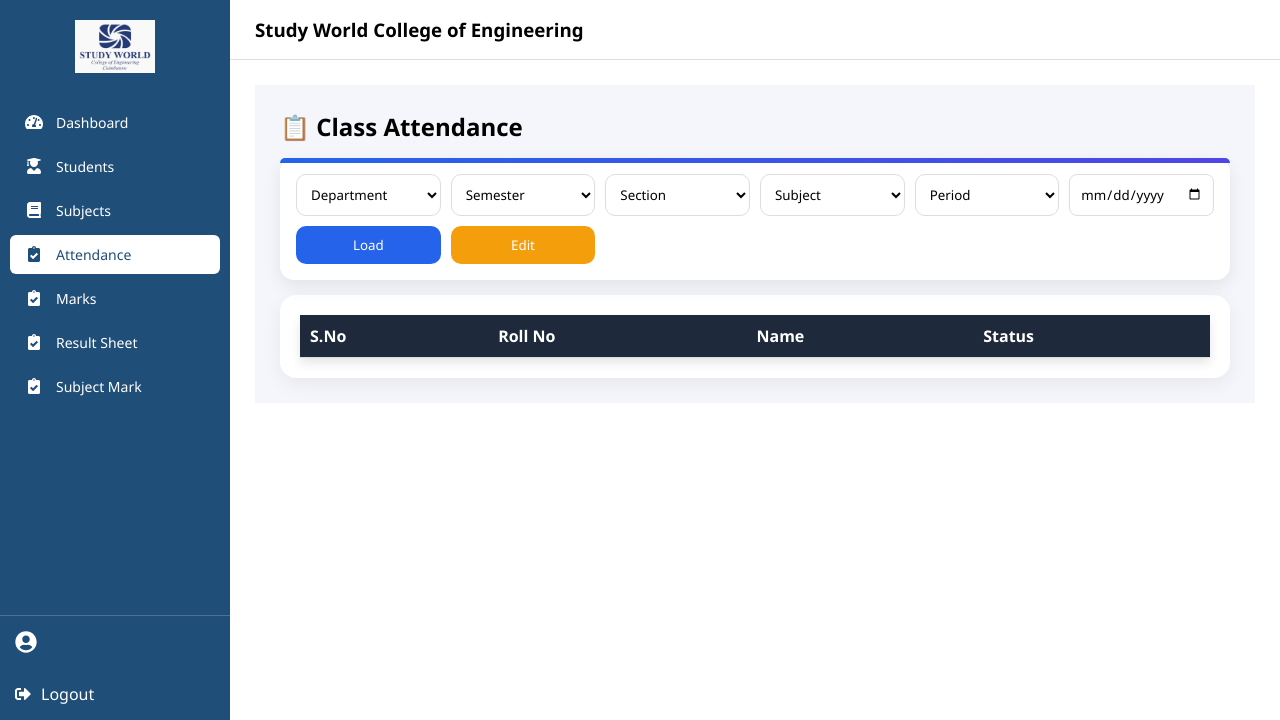
Repository: arthanarieswara/frontend
Page: /attendance
An editor plug-in stored every save of this project. The page is shown before and after the next save, followed by the edit.
The browser window is 1280 px wide. The pictures show the whole page.
The page's requests for data from a server got no answer. The project was rebuilt for these pictures with package versions that can differ from the ones it lists, and the page was loaded fresh each time. No one was signed in, and anything a server would have sent is missing. Also part of the build but not shown: vite.config.js, src/pages/auth/Login.jsx, src/pages/dashboard/Dashboard.jsx, src/pages/departments/Departments.jsx, src/pages/students/Students.css, src/pages/students/Students.jsx, src/pages/faculty/Faculty.css, src/pages/faculty/Faculty.jsx and 10 more.

Above is the page before, as saved 2026-04-17 14:30:25.

After the next save:
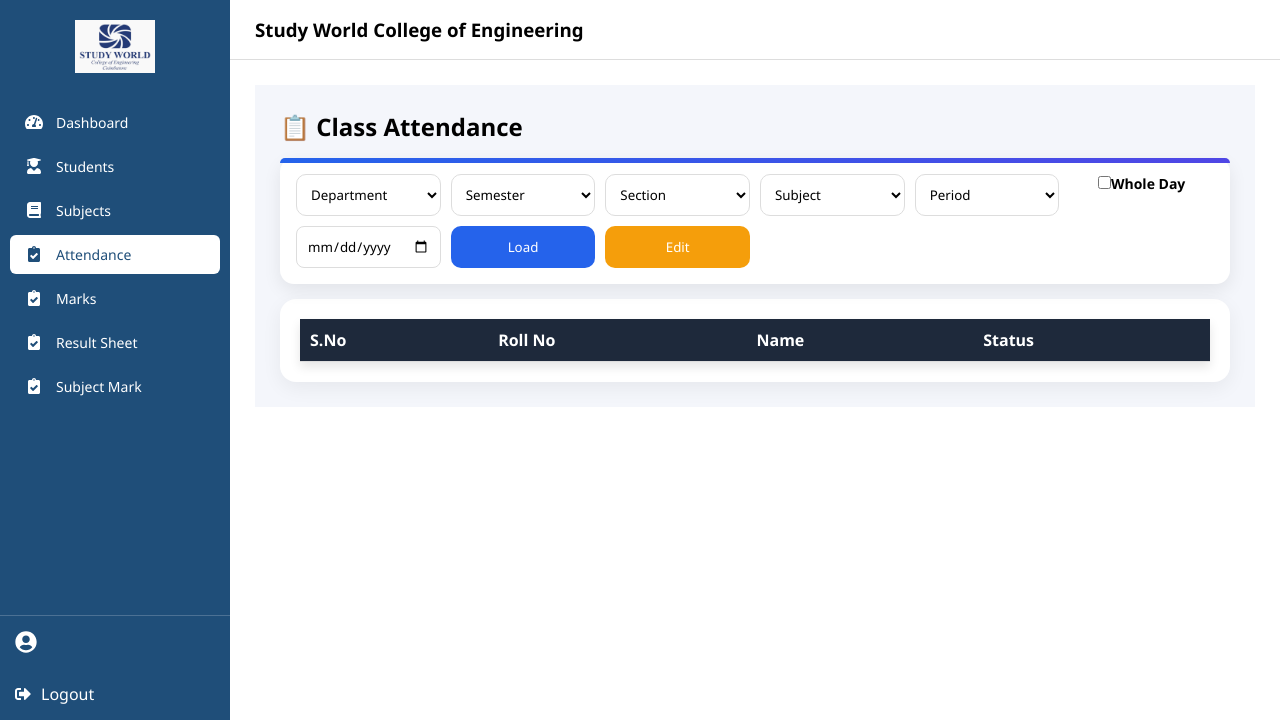
Saved 11 min 34 s later.
--- a/src/pages/Attendance/Attendance.jsx
+++ b/src/pages/Attendance/Attendance.jsx
@@ -14,6 +14,7 @@ function Attendance() {
   const [subject, setSubject] = useState("");
   const [date, setDate] = useState("");
   const [period, setPeriod] = useState("");
+  const [wholeDay, setWholeDay] = useState(false); // ✅ NEW
 
   const [attendance, setAttendance] = useState({});
   const [loading, setLoading] = useState(false);
@@ -77,13 +78,13 @@ function Attendance() {
 
   /* ================= EDIT LOAD ================= */
   const loadExistingAttendance = async () => {
-    if (!subject || !date || !period || !section) {
+    if (!subject || !date || !section) {
       return alert("Select all filters");
     }
 
     try {
       const res = await api.get(
-        `/attendance/edit?subject_id=${subject}&date=${date}&period=${period}&section=${section}`
+        `/attendance/edit?subject_id=${subject}&date=${date}&period=${wholeDay ? 1 : period}&section=${section}`
       );
 
       const existing = {};
@@ -106,7 +107,7 @@ function Attendance() {
     }));
   };
 
-  /* ================= BULK ACTIONS ================= */
+  /* ================= BULK ================= */
   const markAll = (status) => {
     const updated = {};
     students.forEach((s) => {
@@ -117,8 +118,12 @@ function Attendance() {
 
   /* ================= SAVE ================= */
   const saveAttendance = async () => {
-    if (!subject || !date || !period || !section) {
-      return alert("Fill all fields");
+    if (!subject || !date || !section) {
+      return alert("Fill all required fields");
+    }
+
+    if (!wholeDay && !period) {
+      return alert("Select period OR choose whole day");
     }
 
     const formatted = Object.keys(attendance).map((id) => ({
@@ -130,7 +135,8 @@ function Attendance() {
       await api.post("/attendance", {
         subject_id: subject,
         date,
-        period,
+        period: wholeDay ? null : period,
+        whole_day: wholeDay, // ✅ NEW
         section,
         attendance: formatted,
       });
@@ -150,7 +156,6 @@ function Attendance() {
 
         <h2 className="title">📋 Class Attendance</h2>
 
-        {/* FILTER CARD */}
         <div className="card filters">
 
           <select value={department} onChange={(e) => setDepartment(e.target.value)}>
@@ -180,12 +185,27 @@ function Attendance() {
             ))}
           </select>
 
-          <select value={period} onChange={(e) => setPeriod(e.target.value)}>
+          {/* 🔥 PERIOD */}
+          <select
+            value={period}
+            onChange={(e) => setPeriod(e.target.value)}
+            disabled={wholeDay}
+          >
             <option value="">Period</option>
             {[1,2,3,4,5,6,7,8].map(p => (
               <option key={p} value={p}>P{p}</option>
             ))}
           </select>
+
+          {/* 🔥 WHOLE DAY */}
+          <label className="whole-day">
+            <input
+              type="checkbox"
+              checked={wholeDay}
+              onChange={(e) => setWholeDay(e.target.checked)}
+            />
+            Whole Day
+          </label>
 
           <input type="date" value={date} onChange={(e) => setDate(e.target.value)} />
 
@@ -198,7 +218,6 @@ function Attendance() {
           </button>
         </div>
 
-        {/* ACTION BUTTONS */}
         {students.length > 0 && (
           <div className="bulk-actions">
             <button onClick={() => markAll("Present")} className="btn success">
@@ -210,7 +229,6 @@ function Attendance() {
           </div>
         )}
 
-        {/* TABLE */}
         <div className="table-card">
           <table className="attendance-table">
             <thead>
@@ -246,7 +264,6 @@ function Attendance() {
           </table>
         </div>
 
-        {/* SAVE */}
         {students.length > 0 && (
           <button className="btn save" onClick={saveAttendance}>
             Save Attendance

After the save that followed:
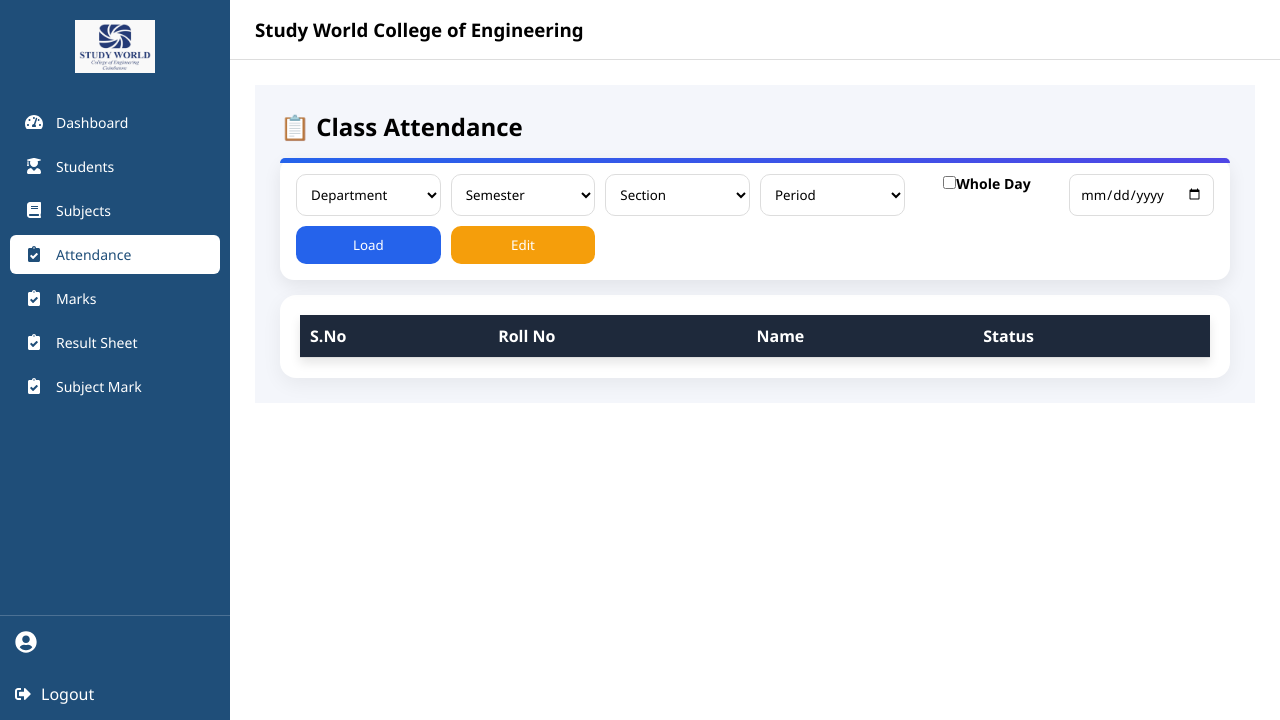
Saved 13 min 6 s later.
--- a/src/pages/Attendance/Attendance.jsx
+++ b/src/pages/Attendance/Attendance.jsx
@@ -5,46 +5,25 @@ import "./Attendance.css";
 
 function Attendance() {
   const [departments, setDepartments] = useState([]);
-  const [subjects, setSubjects] = useState([]);
   const [students, setStudents] = useState([]);
 
   const [department, setDepartment] = useState("");
   const [semester, setSemester] = useState("");
   const [section, setSection] = useState("");
-  const [subject, setSubject] = useState("");
   const [date, setDate] = useState("");
   const [period, setPeriod] = useState("");
-  const [wholeDay, setWholeDay] = useState(false); // ✅ NEW
+  const [wholeDay, setWholeDay] = useState(false);
 
   const [attendance, setAttendance] = useState({});
-  const [loading, setLoading] = useState(false);
 
   /* ================= INIT ================= */
   useEffect(() => {
     fetchDepartments();
   }, []);
 
-  /* ================= SUBJECT FILTER ================= */
-  useEffect(() => {
-    if (department && semester) {
-      fetchSubjectsByFilter(semester, department);
-    } else {
-      setSubjects([]);
-      setSubject("");
-    }
-  }, [department, semester]);
-
-  /* ================= FETCH ================= */
   const fetchDepartments = async () => {
     const res = await api.get("/departments");
     setDepartments(res.data || []);
-  };
-
-  const fetchSubjectsByFilter = async (sem, dept) => {
-    const res = await api.get(
-      `/subjects/by-semester?semester=${sem}&department_id=${dept}`
-    );
-    setSubjects(res.data || []);
   };
 
   /* ================= FETCH STUDENTS ================= */
@@ -78,13 +57,13 @@ function Attendance() {
 
   /* ================= EDIT LOAD ================= */
   const loadExistingAttendance = async () => {
-    if (!subject || !date || !section) {
+    if (!date || !section) {
       return alert("Select all filters");
     }
 
     try {
       const res = await api.get(
-        `/attendance/edit?subject_id=${subject}&date=${date}&period=${wholeDay ? 1 : period}&section=${section}`
+        `/attendance/edit?date=${date}&period=${wholeDay ? 1 : period}&section=${section}`
       );
 
       const existing = {};
@@ -118,12 +97,12 @@ function Attendance() {
 
   /* ================= SAVE ================= */
   const saveAttendance = async () => {
-    if (!subject || !date || !section) {
-      return alert("Fill all required fields");
+    if (!date || !section) {
+      return alert("Fill required fields");
     }
 
     if (!wholeDay && !period) {
-      return alert("Select period OR choose whole day");
+      return alert("Select period OR whole day");
     }
 
     const formatted = Object.keys(attendance).map((id) => ({
@@ -133,10 +112,9 @@ function Attendance() {
 
     try {
       await api.post("/attendance", {
-        subject_id: subject,
         date,
         period: wholeDay ? null : period,
-        whole_day: wholeDay, // ✅ NEW
+        whole_day: wholeDay,
         section,
         attendance: formatted,
       });
@@ -158,6 +136,7 @@ function Attendance() {
 
         <div className="card filters">
 
+          {/* Department */}
           <select value={department} onChange={(e) => setDepartment(e.target.value)}>
             <option value="">Department</option>
             {departments.map(d => (
@@ -165,6 +144,7 @@ function Attendance() {
             ))}
           </select>
 
+          {/* Semester */}
           <select value={semester} onChange={(e) => setSemester(e.target.value)}>
             <option value="">Semester</option>
             {[1,2,3,4,5,6,7,8].map(s => (
@@ -172,20 +152,14 @@ function Attendance() {
             ))}
           </select>
 
+          {/* Section */}
           <select value={section} onChange={(e) => setSection(e.target.value)}>
             <option value="">Section</option>
             <option value="A">A</option>
             <option value="B">B</option>
           </select>
 
-          <select value={subject} onChange={(e) => setSubject(e.target.value)}>
-            <option value="">Subject</option>
-            {subjects.map(s => (
-              <option key={s.id} value={s.id}>{s.name}</option>
-            ))}
-          </select>
-
-          {/* 🔥 PERIOD */}
+          {/* Period */}
           <select
             value={period}
             onChange={(e) => setPeriod(e.target.value)}
@@ -197,7 +171,7 @@ function Attendance() {
             ))}
           </select>
 
-          {/* 🔥 WHOLE DAY */}
+          {/* Whole Day */}
           <label className="whole-day">
             <input
               type="checkbox"
@@ -207,6 +181,7 @@ function Attendance() {
             Whole Day
           </label>
 
+          {/* Date */}
           <input type="date" value={date} onChange={(e) => setDate(e.target.value)} />
 
           <button className="btn primary" onClick={fetchStudents}>
@@ -218,6 +193,7 @@ function Attendance() {
           </button>
         </div>
 
+        {/* BULK */}
         {students.length > 0 && (
           <div className="bulk-actions">
             <button onClick={() => markAll("Present")} className="btn success">
@@ -229,6 +205,7 @@ function Attendance() {
           </div>
         )}
 
+        {/* TABLE */}
         <div className="table-card">
           <table className="attendance-table">
             <thead>
@@ -264,6 +241,7 @@ function Attendance() {
           </table>
         </div>
 
+        {/* SAVE */}
         {students.length > 0 && (
           <button className="btn save" onClick={saveAttendance}>
             Save Attendance
